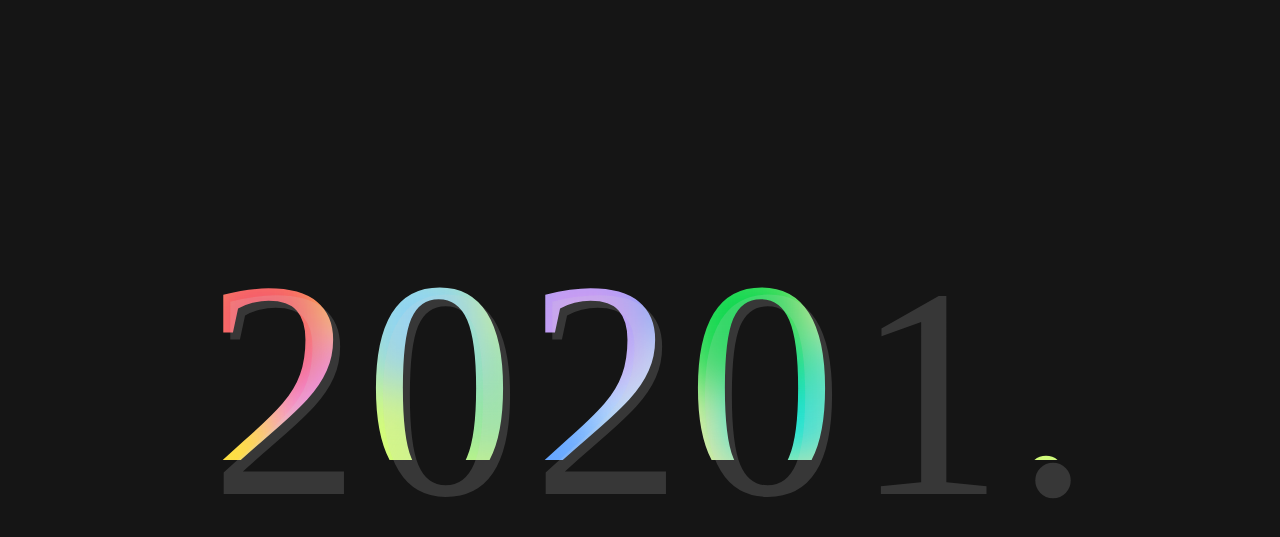
Repository: ramtoppo12/Happy-new-year-2021
Page: index.html
The author's editor kept a copy of each file at every save. The page is drawn from the files as they stood at one save, then again after the next save.
The browser window is 1280 px wide. The pictures show the whole page.
Some web fonts or font styles are not loaded; a fallback is used.

Above is the page before, as saved 2020-12-24 23:22:08.

### index.html
<!DOCTYPE html>
<html lang="en">
<head>
    <meta charset="UTF-8">
    <meta name="viewport" content="width=device-width, initial-scale=1.0">
    <title>Welcome 2021</title>
    <link rel="stylesheet" href="style.css">
</head>
<body>
    <div class="text text-1">2</div>
    <div class="text text-2">0</div>
    <div class="text text-3">2</div>
    <div class="text text-4">0</div>

    <div class="text text-5">1</div>
    <div class="text text-2">.</div>
</body>
</html>

### style.css
@import url("https://fonts.googleapis.com/css?family=Modak");

* {
  margin: 0;
  padding: 0;
  box-sizing: border-box;
}

body {
  background: #151515;
  text-align: center;
}

.text {
  height: 200px;
  display: inline-block;
  font-size: 300px;
  line-height: 84%;
  font-family: Modak;
  padding-left: 7px;
  background-clip: text;
  -webkit-background-clip: text;
  color: transparent;
  margin-top: calc(50vh - 100px);
  text-shadow: 7px 7px 0px #d2d2d22e;
}

.text-1 {
  background-image: url("data:[embedded picture, 1301 characters]");
}

.text-2 {
  background-image: url("data:[embedded picture, 1301 characters]");
}

.text-3 {
  background-image: url("data:[embedded picture, 1301 characters]");
}

.text-4 {
  background-image: url("data:[embedded picture, 1300 characters]");
}

After the next save:
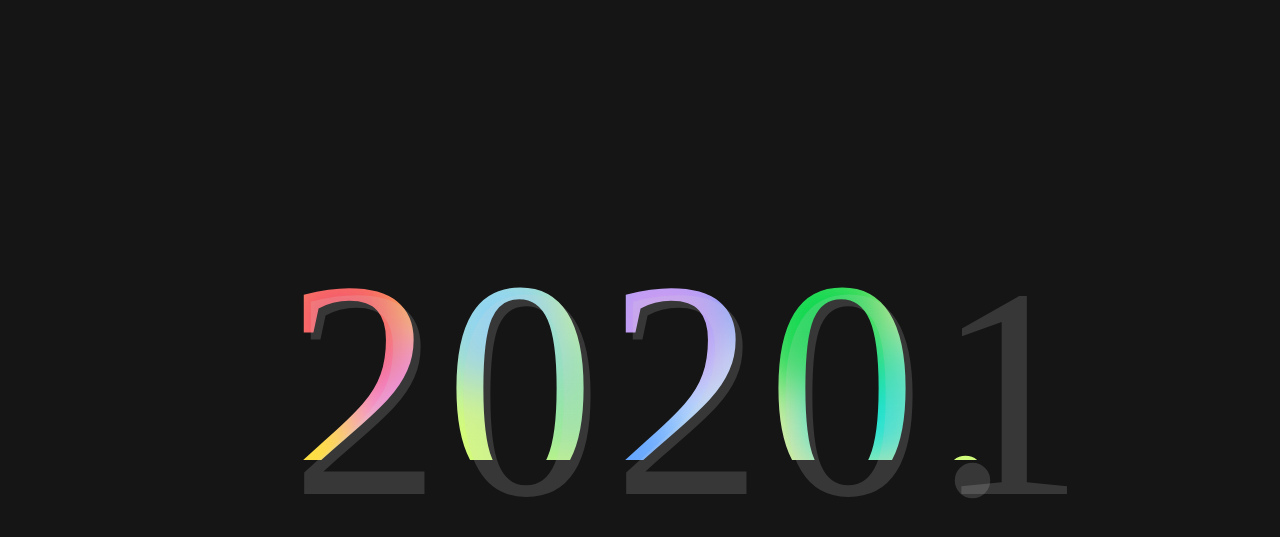
Saved 28 s later.
--- a/style.css
+++ b/style.css
@@ -40,3 +40,6 @@ body {
 .text-4 {
   background-image: url("data:[embedded picture, 1300 characters]");
 }
+.text-5 {
+  position: absolute;
+}
